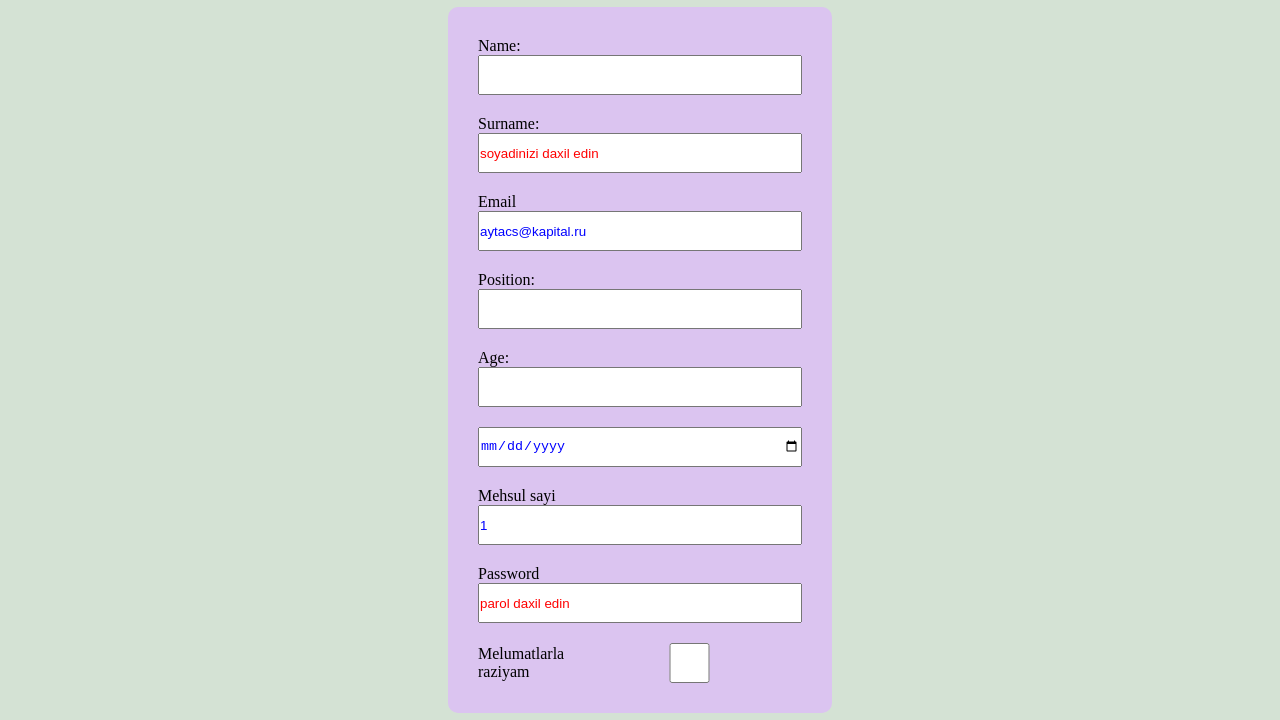
Repository: AytacSafarova/Form-lesson
Page: index.html
An editor plug-in stored every save of this project. The page is shown before and after the next save, followed by the edit.
The browser window is 1280 px wide. The pictures show the whole page.

Above is the page before, as saved 2023-08-29 14:47:10.

### index.html
<!DOCTYPE html>
<html lang="en">
  <head>
    <meta charset="UTF-8" />
    <meta name="viewport" content="width=device-width, initial-scale=1.0" />
    <title>Document</title>
    <link rel="stylesheet" href="./index.css" />
  </head>
  <body>
    <div>
      <form action="https://randomuser.me/api/">
        <label for="">
          Name:
          <input type="text" name="user-name" />
        </label>
        <label for="">
          Surname:
          <input placeholder="soyadinizi daxil edin" type="text" />
        </label>
        <label for="">
          Email
          <input
            placeholder="emaili daxil edin"
            type="email"
            value="aytacs@kapital.ru"
          />
        </label>
        <label for="">
          Position:
          <input type="text" />
        </label>
        <label for="">
          Age:
          <input type="number" />
        </label>
        <label for="">
          <input type="date" />
        </label>
        <label for="">
          Mehsul sayi
          <input
            placeholder="mehsul sayini daxil edin"
            type="number"
            value="1"
          />
        </label>

        <label for="">
          Password
          <input placeholder="parol daxil edin" type="password" />
        </label>
        <label for="" class="input-checkbox">
            Melumatlarla raziyam
            <input type="checkbox">
        </label>
      </form>
    </div>
  </body>
</html>

### index.css
*{
    margin: 0;
    padding: 0;
    box-sizing: border-box;
}
div{
    background-color: #D4E2D4;
   min-height: 100vh;
   width: 100%;
   display: flex;
   justify-content: center;
   align-items: center;
}
form{
    width: 30%;
    padding: 30px;
    background-color: #DBC4F0;
    border-radius: 10px;
    display: flex;
    flex-direction: column;
    gap: 20px;
}
input{
width: 100%;
height: 40px;
color: blue;
}

input::placeholder{
    color: red;
}

.input-checkbox{
    display: flex;
    align-items: center;
    justify-content: space-between;
}

After the next save:
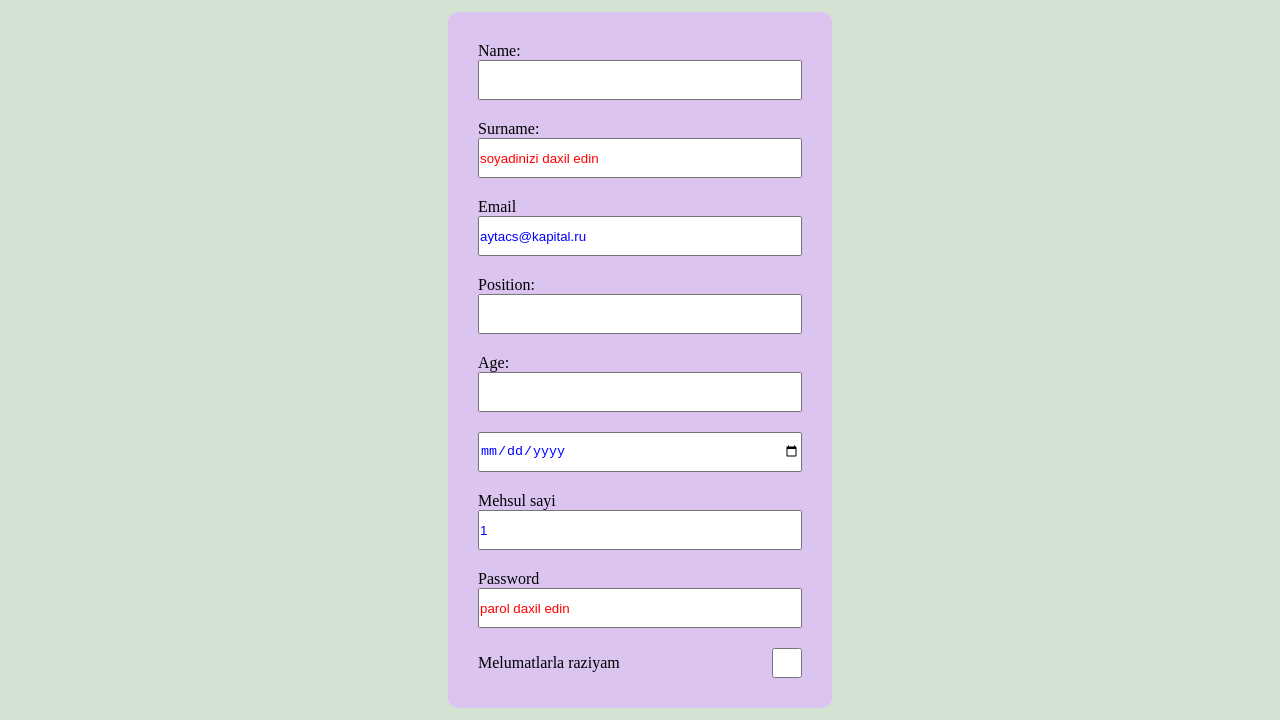
Saved 11 s later.
--- a/index.css
+++ b/index.css
@@ -35,3 +35,7 @@ input::placeholder{
     align-items: center;
     justify-content: space-between;
 }
+.input-checkbox input{
+    width: 30px;
+    height: 30px;
+}
